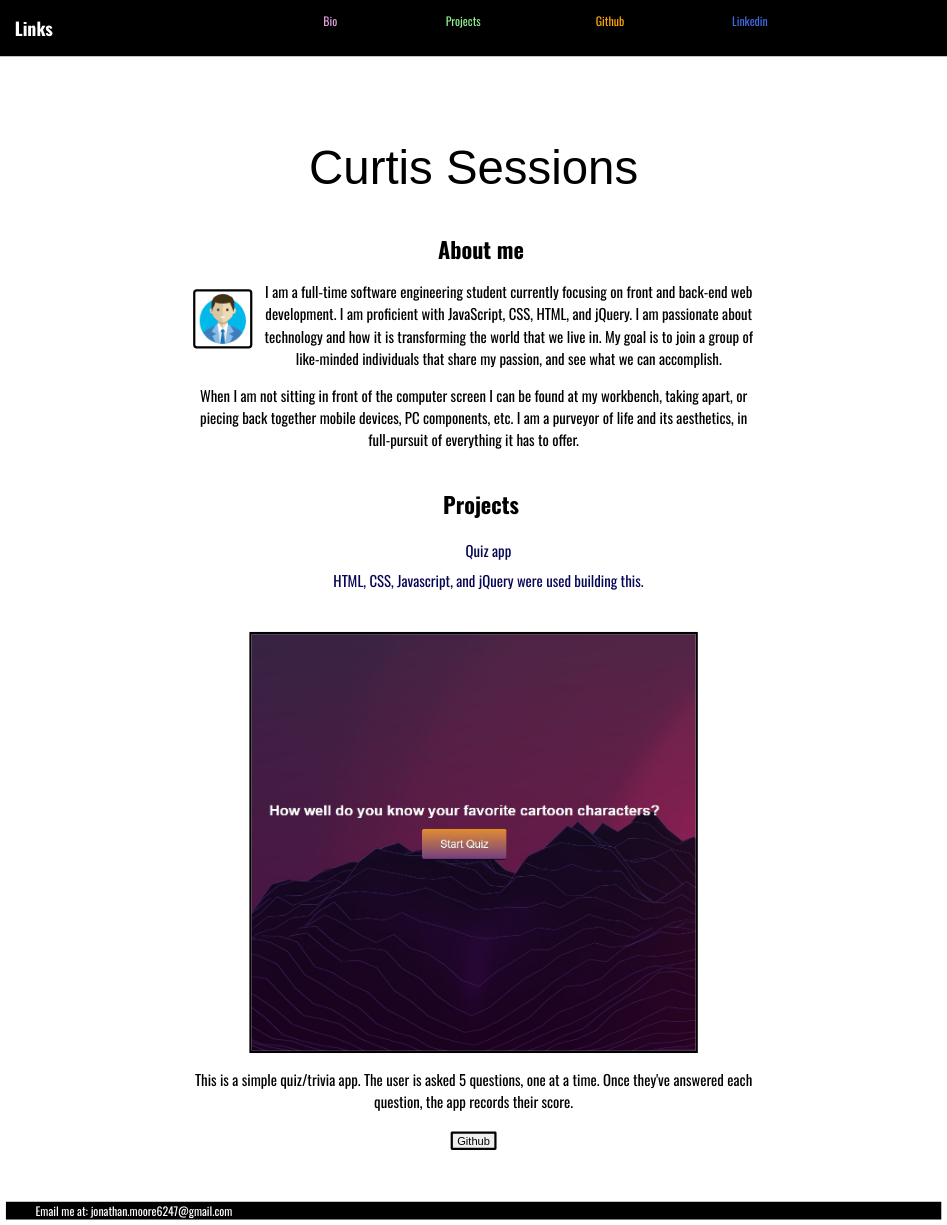
Repository: cjsesh00/NewProfile
Page: index.html
These files come from the project's save history. The page is drawn as it stood at one moment and after the next save; the edit follows.
The browser window is 1280 px wide. The pictures show the whole page, at 74% of full size.
Some web fonts or font styles are not loaded; a fallback is used. Some web libraries are served in a nearby version.

Above is the page before, as saved 2020-03-08 17:44:32.
Not found: scripts/index.js

### index.html
<!DOCTYPE html>
<html lang="en">

<head>
  <meta charset="UTF-8">
  <meta name="viewport" content="width=device-width, initial-scale=1.0">
  <meta http-equiv="X-UA-Compatible" content="ie=edge">

  <link rel="stylesheet" href="main.css">
  <script src="https://kit.fontawesome.com/6547825e10.js" crossorigin="anonymous"></script>
  <link href='https://fonts.googleapis.com/css?family=Oswald:400,300,700' rel='stylesheet' type='text/css'>
  <link rel="stylesheet" href="https://use.typekit.net/mgs6znr.css">
  <title>Curtis's Portfolio</title>
</head>
<style>
  a {
    text-decoration: none;
  }
</style>

<body id="top">
  <div class="nav-list">
    <nav role="navigation">
      <h2>
        <a href="#top">Links</a>
      </h2>

      <ul class="nav-items">
        <li><a href="#bio" style="color: plum">Bio</a></li>
        <li><a href="#projects" style="color: lightgreen">Projects</a></li>
        <li><a href="https://github.com/cjsesh00/Projects" target="blank" style="color: orange">Github</a></li>
        <li><a href="https://www.linkedin.com/in/curt-sessions-81b19a1a3/" target="blank"
          style="color: royalblue">Linkedin</a></li>
      </ul>
  </div>
  </nav>
  <main>
    <h1>
      Curtis Sessions
    </h1>
    <a name="bio"></a>
      <section class="bio">
        <h2 class="section-header">About me</h2>
        <div></div>
        <img class="profile-photo" src="img/icone-people-66.png">
        <p>I am a full-time software engineering student currently focusing on front and back-end web development.
            I am proficient with JavaScript, CSS, HTML, and jQuery. I am passionate about technology and how it is
            transforming the world that we live in. My goal is to join a group of like-minded individuals that share my passion,
            and see what we can accomplish. </p>
        <a name="projects"></a>
        <p>When I am not sitting in front of the computer screen I can be found at my workbench,
            taking apart, or piecing back together mobile devices, PC components, etc.  I am
            a purveyor of life and its aesthetics, in full-pursuit of everything it has to offer.</p>
    </div>
    </section>
    </div>
    <div>
      <section class="projects">
        <h2 class="section-header">Projects</h2>
        <ul class="project-details">
        <li>
          <p>
            <p style="color:rgb(6, 6, 85)">Quiz app</p>
          </p>
        </li>
        <li>
          <p>
            <p style="color: rgb(6, 6, 85)">HTML, CSS, Javascript, and jQuery were used building this.</p>
          </p>
        </li>
      </ul>
        <img class="image" src="img/quiz.jpg">
        <p>This is a simple quiz/trivia app. The user is asked 5 questions, one at a time. Once they've answered each
          question, the app records their score.</p>
        <a href="https://cjsesh00.github.io/Projects/"
          target="blank">
          <button class="github-link">Github</button>
        </a>

      </section>
    </div>
  </main>
  <script type="text/javascript" src="https://cdnjs.cloudflare.com/ajax/libs/jquery/3.1.0/jquery.min.js"></script>
  <script type="text/javascript" src="scripts/index.js"></script>
</body>
<footer id="footer">
  <ul>
    <li><a href="mailto:jonathan.moore6247@gmail.com">Email me at: jonathan.moore6247@gmail.com</a></li>
  </ul>
</footer>

</html>

### main.css
*{
  box-sizing: border-box;
}

body{
  font-family: 'Oswald', sans-serif;
}

.image{
  margin-left: auto;
  margin-right: auto;
  width: 100%;
  border: solid black;
  margin-bottom: 20px;
  margin-top: 50px;
}

.profile-photo{
  float: left;
  width: 80px;
  margin-top: 32px;
  margin-right: 15px;
  border: solid black;
  border-radius: 5px;
}

.header-image{
  margin-left: auto;
  margin-right: auto;
  width: 25%
}

nav{
  position: absolute;
  top: 0%;
  left: 0%;
  right: 0%;
  display: block;
  background-color: black;
  color: white;
}

li{
  list-style: none;
}

.nav-list{
  width: 20%;
  float: left;
}

h1{
    text-align: center;
    margin-top: 70%;
    font-family: neon-stream, sans-serif;
    font-weight: 400;
    font-style: normal;
    font-size: 4em;
}

h2{
  margin-left: 20px;
}

a{
  color: white;
}

button{
  font-size: 15px;
  border: solid black;
  border-radius: 2px;
  margin-bottom: 20px;
}

#footer{
  bottom: 0%;
  left: 0%;
  right: 0%;
  display: flex;
  background-color: black;
  color: white;
  width: 100%;
}

#footer ul{
  margin: 0 auto;
  text-align: center;
}

.project-details p{
  display: inline;
  line-height: 40px;
}

/* Non-mobile, grid */
@media only screen and (min-width: 850px){
  h1{
    text-align: center;
    margin-top: 15%;
  }

  section{
    font-size: 20px;
    text-align: center;
    padding: 0% 20%;
    margin-top: 50px;
    margin-bottom: 50px;
  }



  h2{
    width: 25%;
  }

  nav ul li{
    text-align: right;
    width: 20%;
    padding: 0% 5%;
  }

  nav div ul:hover{
    cursor: pointer;
  }

  .nav-list{
    display: flex;
    width: 75%;
  }

  img{
    display: block;
  }

  .header-image{
    margin-left: auto;
    margin-right: auto;
  }

  .image{
    margin-left: auto;
    margin-right: auto;
    width: 80%;
    border: solid black;
    margin-bottom: 20px;
    margin-top: 50px;
  }

  .section-header{
    display: inline;
    text-align: center;
  }

  nav{
    position: absolute;
    top: 0%;
    left: 0%;
    right: 0%;
    display: flex;
    background-color: black;
    color: white;
  }

  ul{
    display: flex;
    width: 100%;
  }

  .project-details{
    display: block;
  }
}

After the next save:
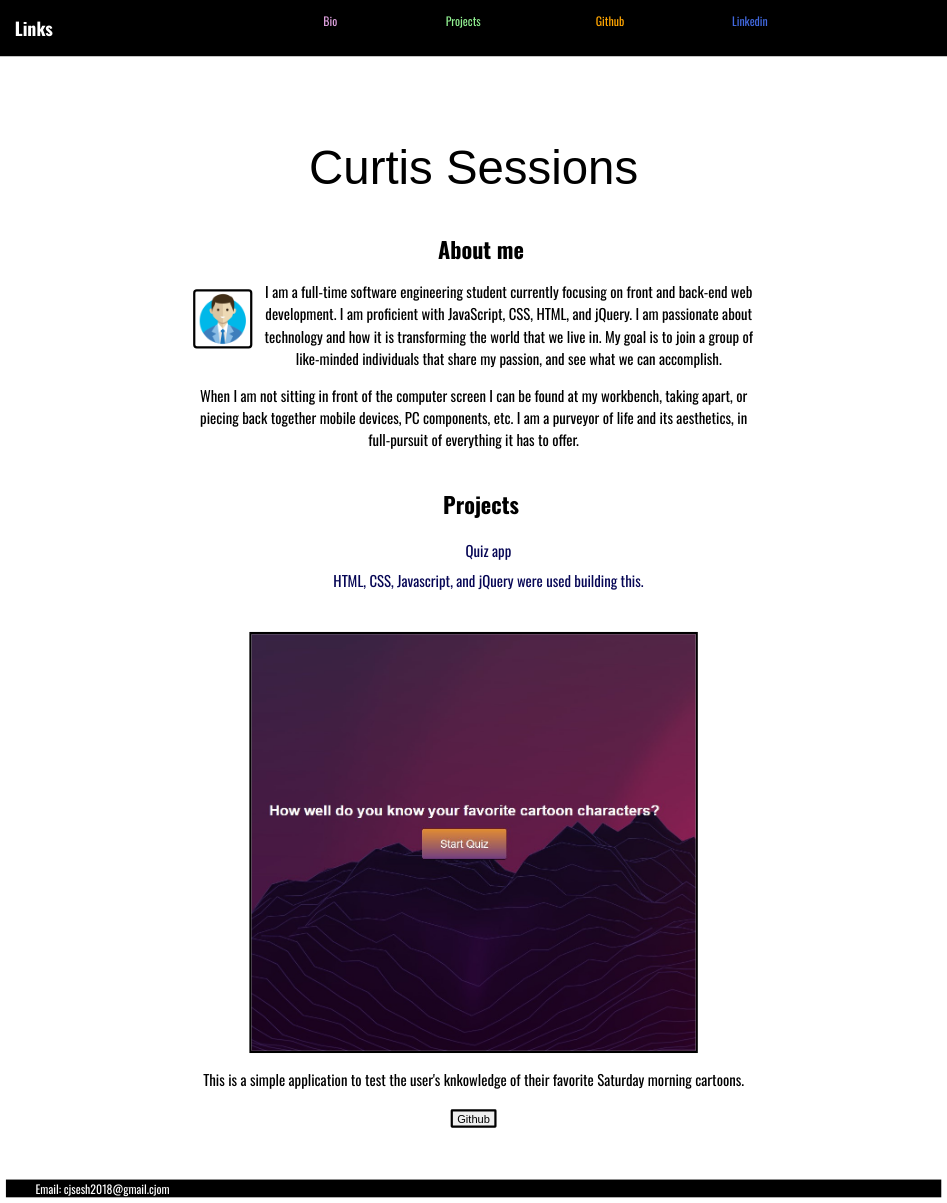
Saved 3 min 20 s later.
--- a/index.html
+++ b/index.html
@@ -69,9 +69,8 @@
           </p>
         </li>
       </ul>
-        <img class="image" src="img/quiz.jpg">
-        <p>This is a simple quiz/trivia app. The user is asked 5 questions, one at a time. Once they've answered each
-          question, the app records their score.</p>
+        <img class="image quiz-app" src="img/quiz.jpg">
+        <p>This is a simple application to test the user's knkowledge of their favorite Saturday morning cartoons. </p>
         <a href="https://cjsesh00.github.io/Projects/"
           target="blank">
           <button class="github-link">Github</button>
@@ -85,7 +84,7 @@
 </body>
 <footer id="footer">
   <ul>
-    <li><a href="mailto:jonathan.moore6247@gmail.com">Email me at: jonathan.moore6247@gmail.com</a></li>
+    <li><a href="mailto:cjsesh2018@gmail.com">Email: cjsesh2018@gmail.cjom</a></li>
   </ul>
 </footer>
 
